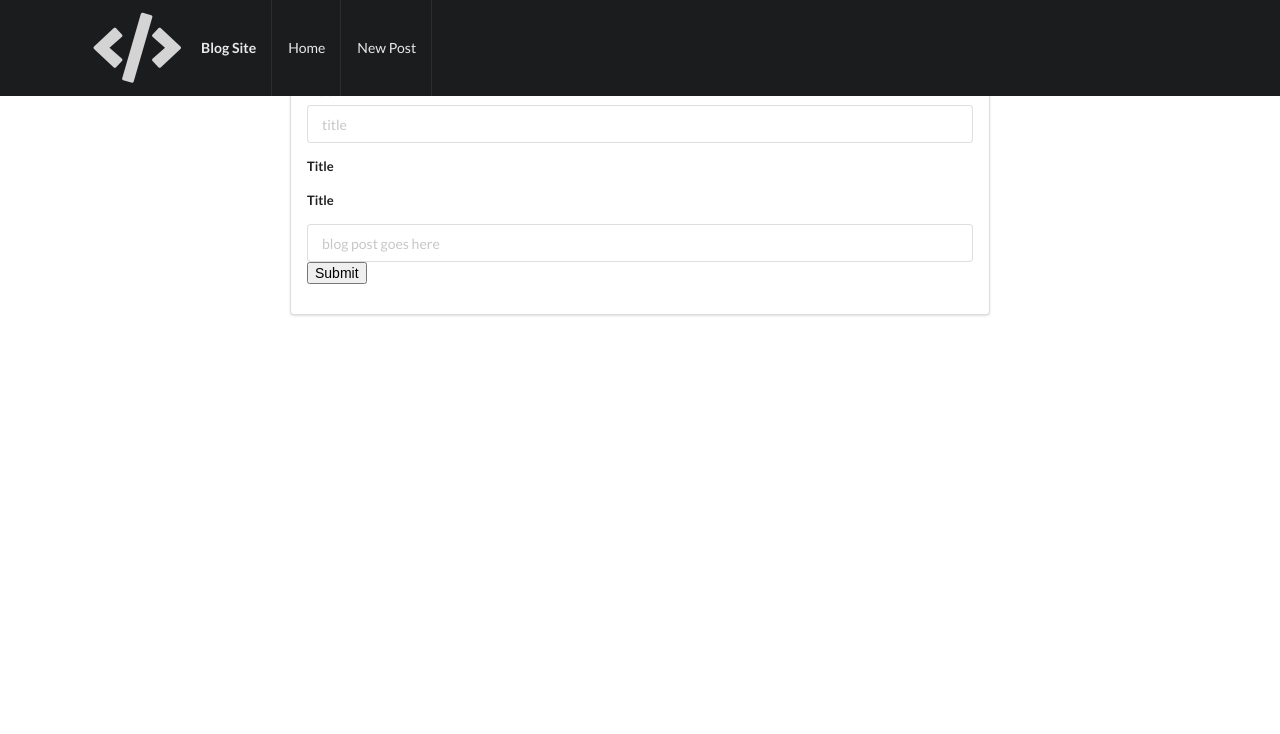
Repository: Nafeek30/WebProjects
Page: http://localhost/blogs/new
The author's editor kept a record of every edit. The page is drawn from the files as they stood at one moment, then again after the next edit.
The browser window is 1280 px wide. The pictures show the whole page.
The page is served by the project's Node server (RESTfulBlogApp/app.js).

Above is the page before.

After the next edit:
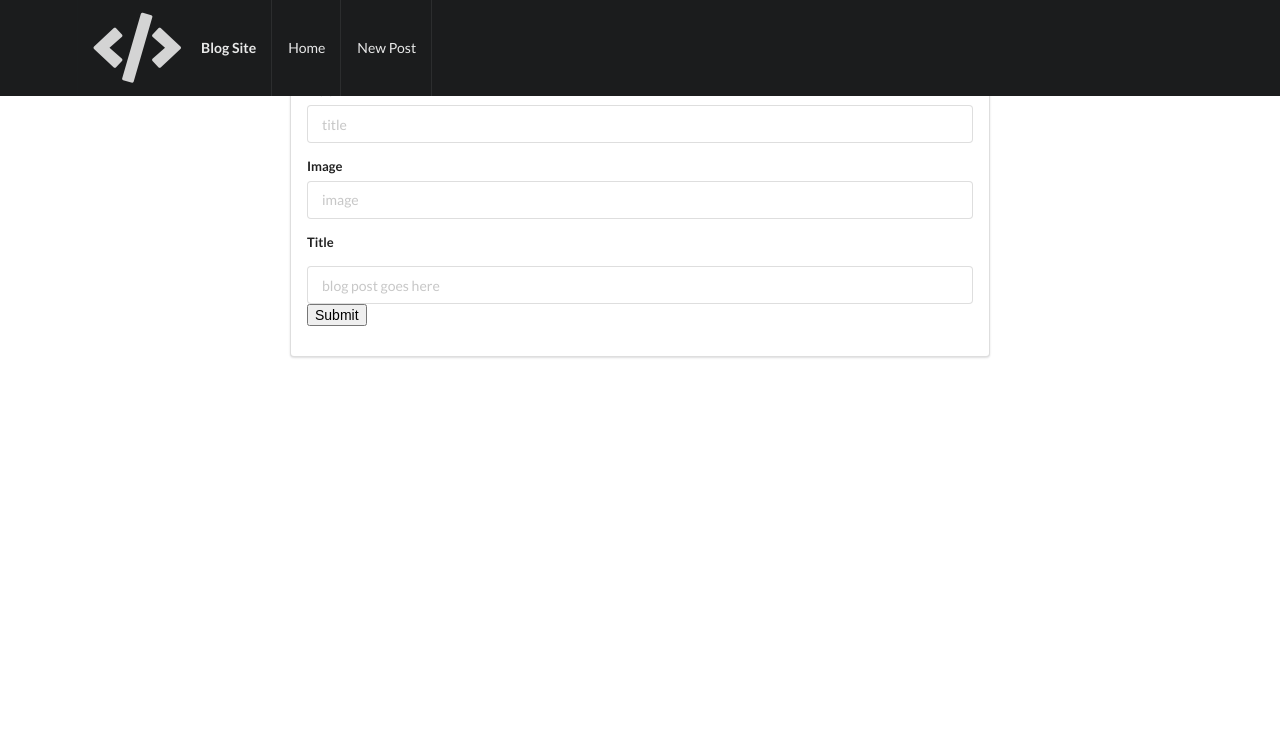
The edit:
--- a/Cloud 9 projects/RESTfulBlogApp/views/new.ejs
+++ b/Cloud 9 projects/RESTfulBlogApp/views/new.ejs
@@ -9,7 +9,8 @@
             <input type="text" name="blog[title]" placeholder="title">
         </div>
         <div class="field">
-            <label>Title</label>
+            <label>Image</label>
+            <input type="text" name="blog[image]" placeholder="image">
         </div>
         <div class="field">
             <label>Title</label>
